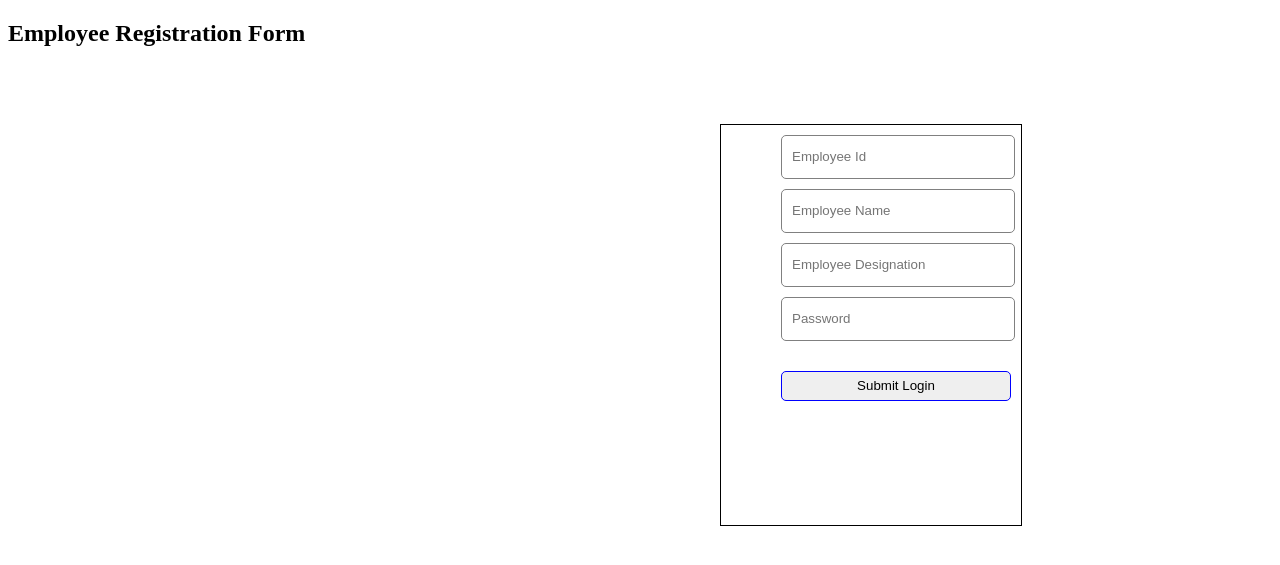
Repository: robin9533/Basic-Programs-App.
Page: GW-Genial Work Proj/GT_GenialToil/WebContent/EmployeeSignup.html
An editor plug-in stored every save of this project. The page is shown before and after the next save, followed by the edit.
The browser window is 1280 px wide. The pictures show the whole page.

Above is the page before, as saved 2019-05-10 07:17:42.

After the next save:
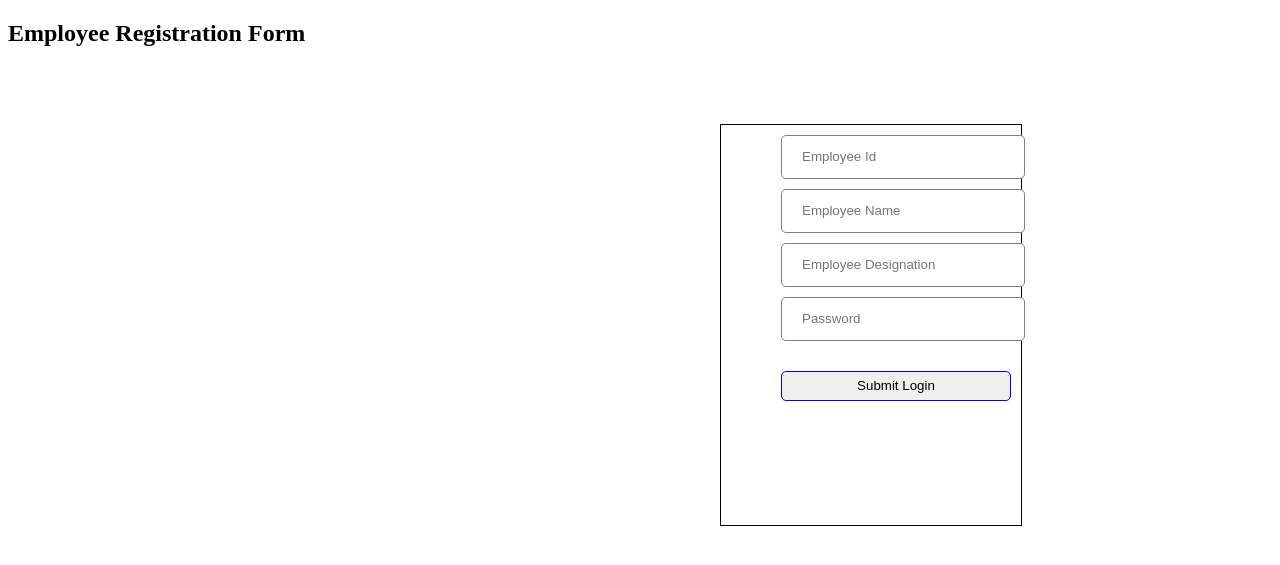
Saved 6 s later.
--- a/GW-Genial Work Proj/GT_GenialToil/WebContent/EmployeeSignup.css
+++ b/GW-Genial Work Proj/GT_GenialToil/WebContent/EmployeeSignup.css
@@ -19,7 +19,7 @@
 	border: none;
 	border:1px solid gray;
 	border-radius: 5px;
-	padding-left: 10px;
+	padding-left: 20px;
 }
 .registrationblock button{
 	width:230px;

After the save that followed:
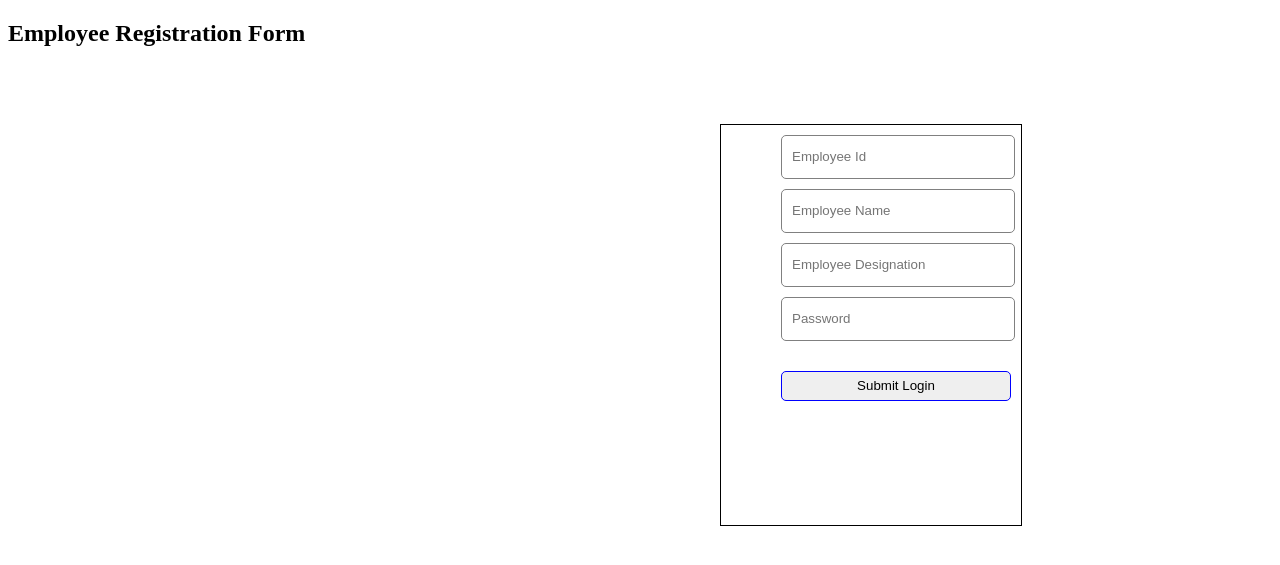
Saved 7 s later.
--- a/GW-Genial Work Proj/GT_GenialToil/WebContent/EmployeeSignup.css
+++ b/GW-Genial Work Proj/GT_GenialToil/WebContent/EmployeeSignup.css
@@ -19,7 +19,7 @@
 	border: none;
 	border:1px solid gray;
 	border-radius: 5px;
-	padding-left: 20px;
+	padding-left: 10px;
 }
 .registrationblock button{
 	width:230px;
